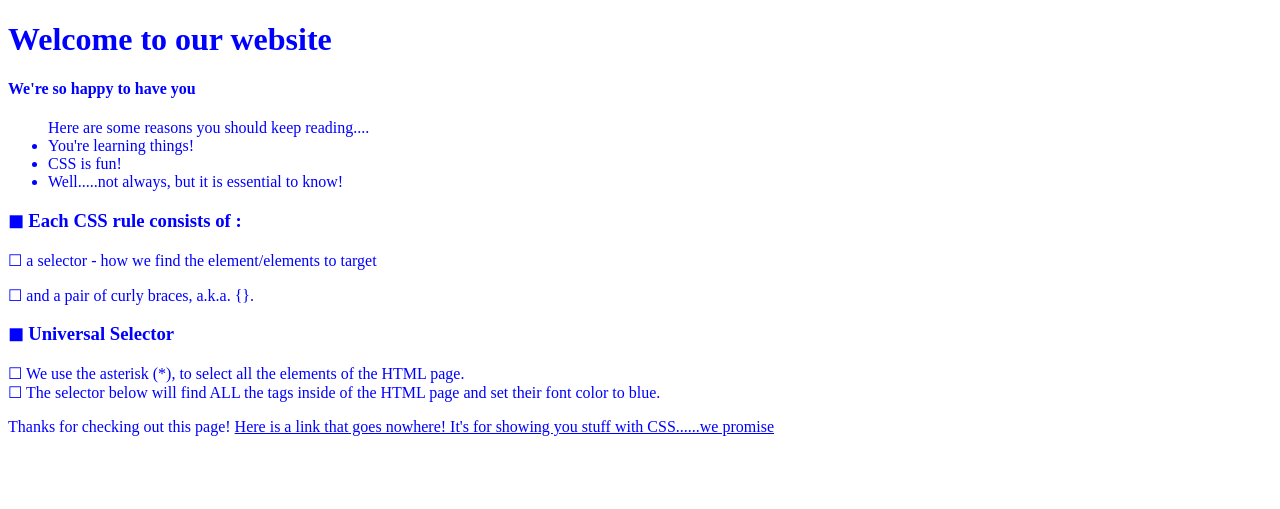
Repository: AnnaSpirit/Tests__
Page: CSS/Useful_Selectors.html
These files come from the project's save history. The page is drawn as it stood at one moment and after the next save; the edit follows.
The browser window is 1280 px wide. The pictures show the whole page.

Above is the page before, as saved 2024-04-01 12:18:05.

After the next save:
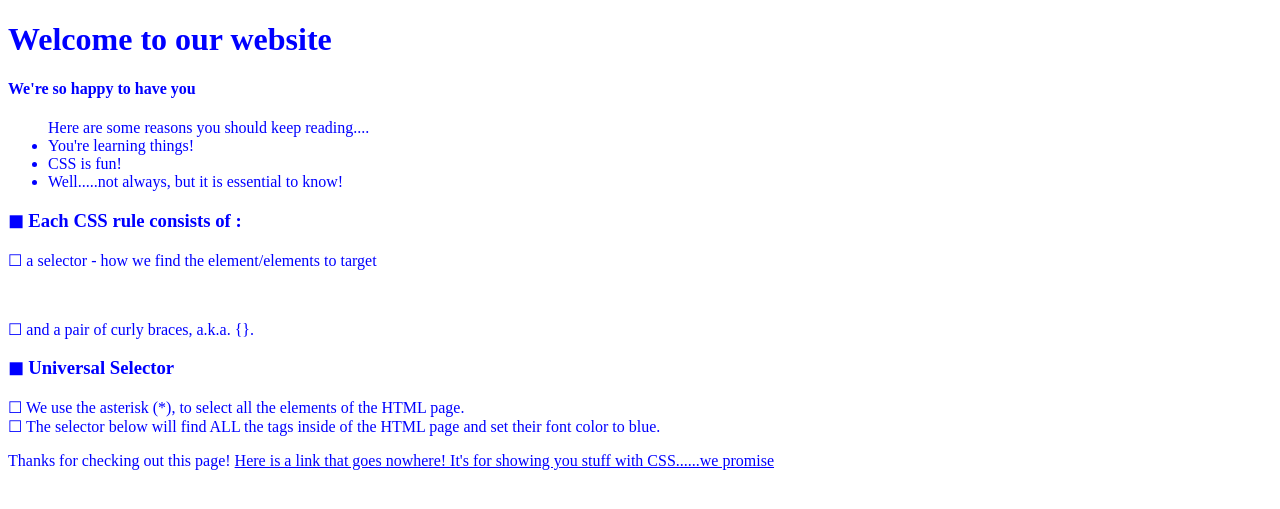
Saved 5 s later.
--- a/CSS/Useful_Selectors.html
+++ b/CSS/Useful_Selectors.html
@@ -20,7 +20,7 @@
     </section>
     <section>
         <h3> &#9724; Each CSS rule consists of :</h3>
-            <p> &#9744; a selector - how we find the element/elements to target</p>
+            <p> &#9744; a selector - how we find the element/elements to target</p><br>
             <p> &#9744; and a pair of curly braces, a.k.a. {}.</p>
         </h3>
         <h3> &#9724; Universal Selector</h3>
